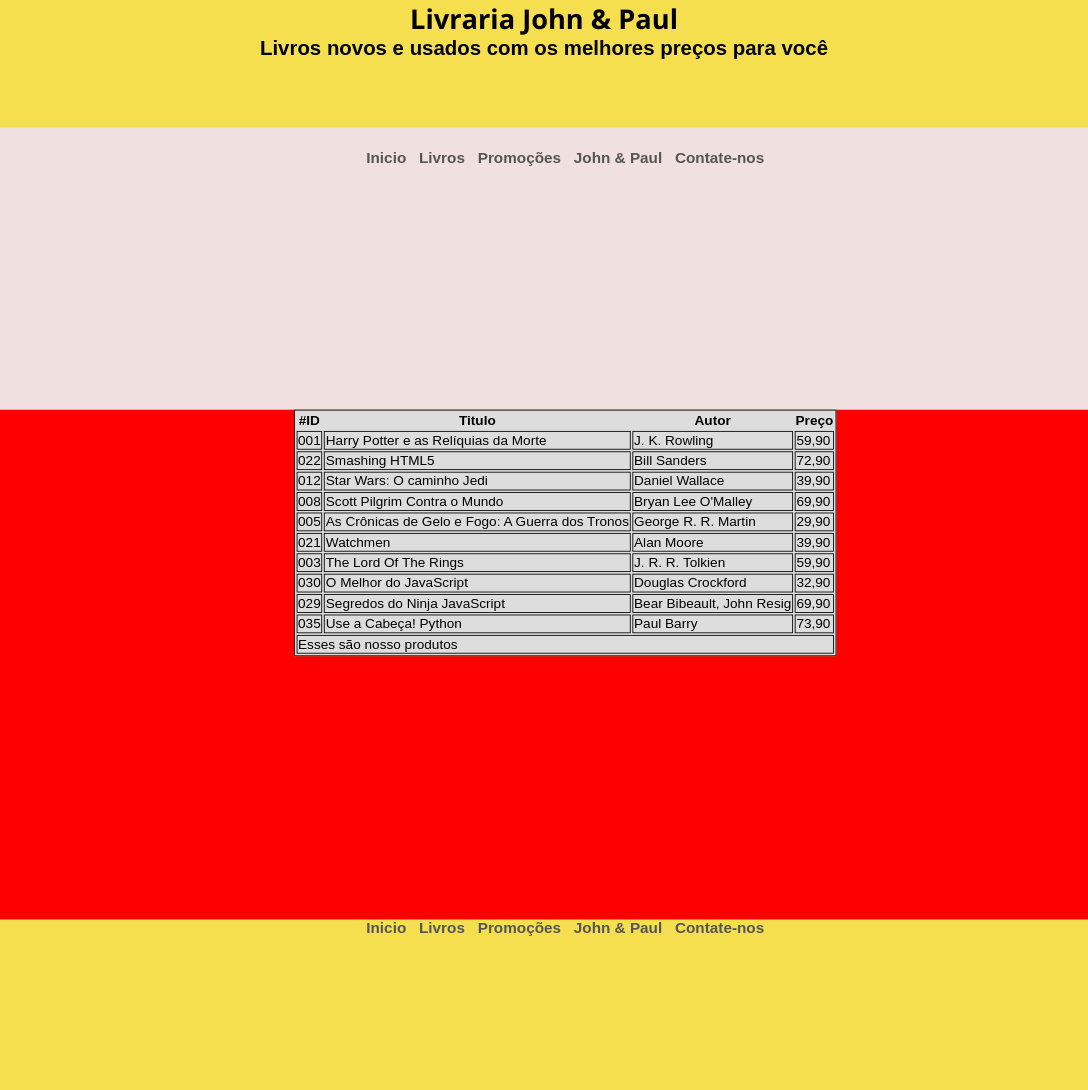
Repository: MarcoantonioCaldeira/Site-livraria-John-e-Paul
Page: produtos.html
An editor plug-in stored every save of this project. The page is shown before and after the next save, followed by the edit.
The browser window is 1280 px wide. The pictures show the whole page, at 85% of full size.

Above is the page before, as saved 2022-09-25 09:10:35.

### produtos.html
<!doctype html>
<html dir="ltr" lang="pt-BR">
<head>
   <meta charset="utf-8">
   <title>Meu Primeiro Projeto</title>
   <link rel="stylesheet" href="css/estilo.css">
</head>
<body>
<header id="topo">
   <h1 class="center"> Livraria John & Paul</h1>
   <h2 class="center">Livros novos e usados com os melhores preços para você</h2>
</header>
<nav id="menu">
   <ul>
      <li><a href="index.html">Inicio</a></li>
      <li><a href="produtos.html">Livros</a></li>
      <li><a href="#">Promoções</a></li>
      <li><a href="sobre.html">John & Paul</a></li>
      <li><a href="contato.html">Contate-nos</a></li>
   </ul>
</nav>
<section class="produtos">
   <table>
      <thead>
         <tr>
            <th>#ID</th>
            <th>Titulo</th>
            <th>Autor</th>
            <th>Preço</th>
         </tr>
      </thead>
      <tbody>
         <tr>
            <td>001</td>
            <td>Harry Potter e as Relíquias da Morte</td>
            <td>J. K. Rowling</td>
            <td>59,90</td>
         </tr>
         <tr>
            <td>022</td>
            <td>Smashing HTML5</td>
            <td>Bill Sanders</td>
            <td>72,90</td>
         </tr>
         <tr>
            <td>012</td>
            <td>Star Wars: O caminho Jedi</td>
            <td>Daniel Wallace</td>
            <td>39,90</td>
         </tr>
         <tr>
            <td>008</td>
            <td>Scott Pilgrim Contra o Mundo</td>
            <td>Bryan Lee O'Malley</td>
            <td>69,90</td>
         </tr>
         <tr>
            <td>005</td>
            <td>As Crônicas de Gelo e Fogo: A Guerra dos Tronos</td>
            <td>George R. R. Martin</td>
            <td>29,90</td>
         </tr>
         <tr>
            <td>021</td>
            <td>Watchmen</td>
            <td>Alan Moore</td>
            <td>39,90</td>
         </tr>
         <tr>
            <td>003</td>
            <td>The Lord Of The Rings</td>
            <td>J. R. R. Tolkien</td>
            <td>59,90</td>
         </tr>
         <tr>
            <td>030</td>
            <td>O Melhor do JavaScript</td>
            <td>Douglas Crockford</td>
            <td>32,90</td>
         </tr>
         <tr>
            <td>029</td>
            <td>Segredos do Ninja JavaScript</td>
            <td>Bear Bibeault, John Resig</td>
            <td>69,90</td>
         </tr>
         <tr>
            <td>035</td>
            <td>Use a Cabeça! Python</td>
            <td>Paul Barry</td>
            <td>73,90</td>
         </tr>
      </tbody>
      <tfoot>
         <tr>
            <td colspan="4">Esses são nosso produtos</td>
         </tr>
      </tfoot>
   </table>
</section>
<footer id="rodape">
   <ul>
      <li><a href="index.html">Inicio</a></li>
      <li><a href="produtos.html">Livros</a></li>
      <li><a href="#">Promoções</a></li>
      <li><a href="sobre.html">John & Paul</a></li>
      <li><a href="contato.html">Contate-nos</a></li>
   </ul>
</footer>
</body>
</html>

### css/estilo.css
/* Import font from google */
@import url(http://fonts.googleapis.com/css?family=Open+Sans:400,300,700);

*{
   margin: 0;
}


body{
   background-color:  rgb(240, 224, 224);
   font-family: sans-serif;
   margin: 0;
   padding: 0;
}
h1,h3,h4,h5,h6{
   font-family: 'Open Sans', sans-serif;
}

.h2_destaque{
   margin-left: 45%;
   margin-top: 5%;
   color:#555;
   font-family: 'Open Sans', sans-serif;
}

#topo{
   background-color: #f5df4e;
   width: 100%;
   height:150px;
   margin:0 auto;
}

.destaques{
   background-color: rgb(240, 224, 224);
   width: 100%;
   height:1300px;
}


#menu{
   width:50%;
   text-align: center;
   margin-top: 2%;
   margin-left: 25%;
   height:50px;
}

a{
   font-weight:600;
   text-decoration: none;
   margin-left: 10px;
   font-family: arial;
   color:#555;
}

#menu li{
   display:inline;
}
.destaques li{
   width: 50%;
   float: left;
   text-align: center;
   list-style: none;
   padding: 20px 0;
}

ul{
   font-size: 18px;
}


.ul_rodape{
   margin-top: 10%;
}

.destaques li strong{
   width: 100%;
   display: block;
}
.center{
   text-align: center;
}
tr, td{
   border: 1px solid #000;
}

form fieldset{
   border: none;
}
form legend{
   text-transform: uppercase;
   font-size: 1.2em;
   padding: 0;
   width: 100%;
   border-bottom: 1px solid #555;
}
form label, form input:not([type=checkbox]), form select, form textarea{
   width: 100%;
}
form div{
   width: 48%;
   margin: 0 1%;
   height: 180px;
   float: left;
}
button{
   padding: 10px 20px;
   background-color: blue;
   color: #fff;
   border: none;
   -webkit-border-radius: 5px;
   -moz-border-radius: 5px;
   border-radius: 5px;
}
#rodape{
   width: 100%;
   height: 200px;
   background-color:  #f5df4e;
   color: #ccc;
   float: left;
   text-align: center;
}

p{
   color: #555;
   line-height: 34px;
   margin-left: 4%;
}

li {
   display: inline;
}


/*Produtos*/

.produtos{
   background-color:red;
   height:600px;
}


table{
   position: relative;
   margin-left: 27%;
   margin-top: 20%;
   background-color: #ddd;
   border: 1px solid #000;
}














@media  screen and (max-width: 750px){


   #main-menu {
      display: none;
    }
    #hamburger-menu {
      display: inline;
    }

   h2.center, h1.center{
      font-size: 19px;
      color: blue;
   }

   h2.h2_destaque{
      margin-left: 40%;
   }

   ul#ul_rodape{
      color: red;
   }

   p{
      color: black;
      margin-top: 20%;
      margin-left: 4%;
   }

}

After the next save:
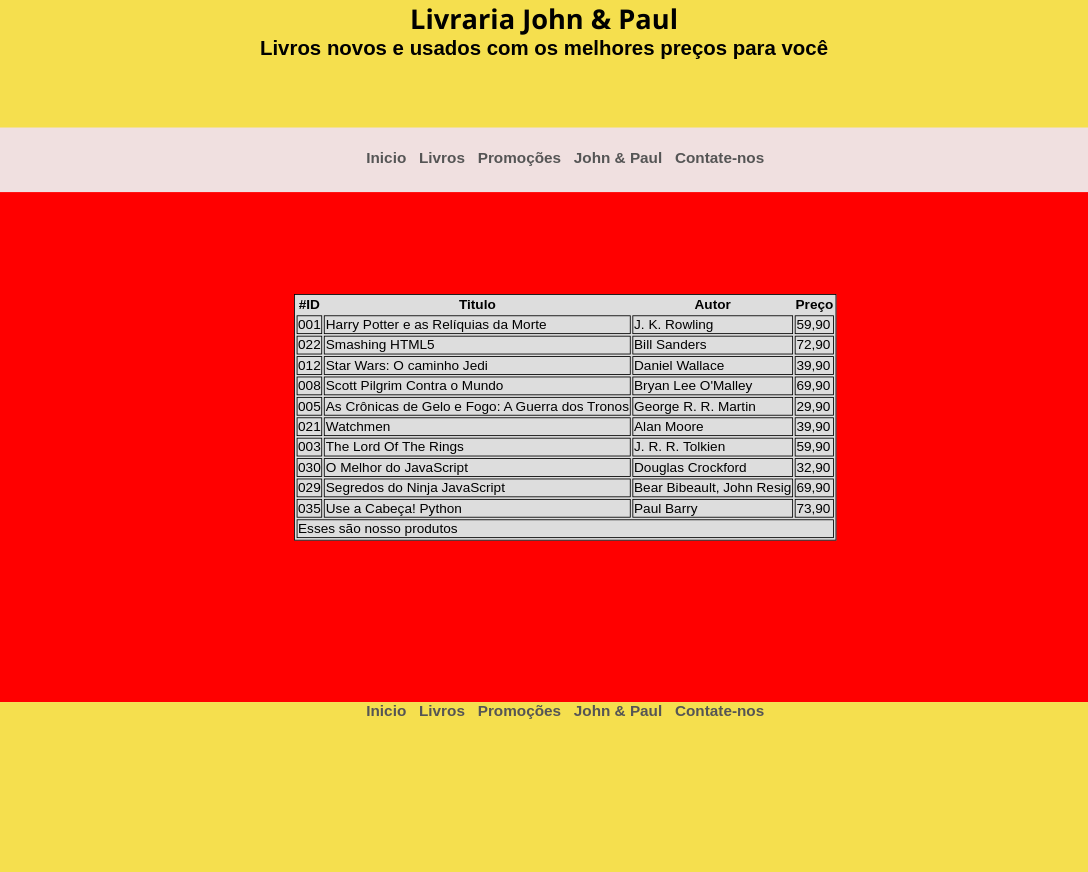
Saved 12 s later.
--- a/css/estilo.css
+++ b/css/estilo.css
@@ -143,7 +143,7 @@ li {
 table{
    position: relative;
    margin-left: 27%;
-   margin-top: 20%;
+   top: 20%;
    background-color: #ddd;
    border: 1px solid #000;
 }
